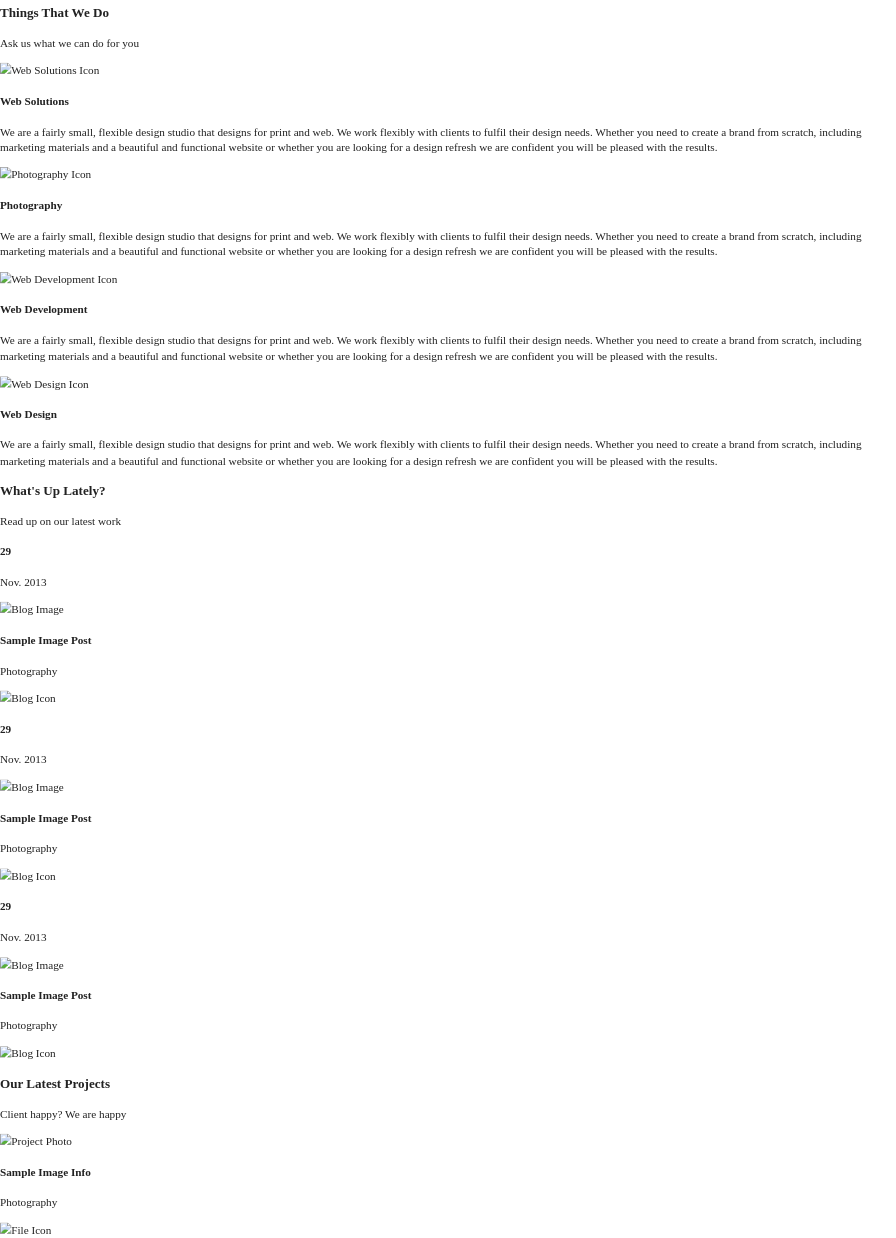
Repository: wilyyy/metrolics
Page: index.html
The author's editor kept a copy of each file at every save. The page is drawn from the files as they stood at one save, then again after the next save.
The browser window is 1280 px wide. The pictures show the part of the page from y = 891 to 2811 px (the page is 2660 px tall before and 2811 px after), at 70% of full size.

Above is the page before, as saved 2021-01-27 00:23:33.

After the next save:
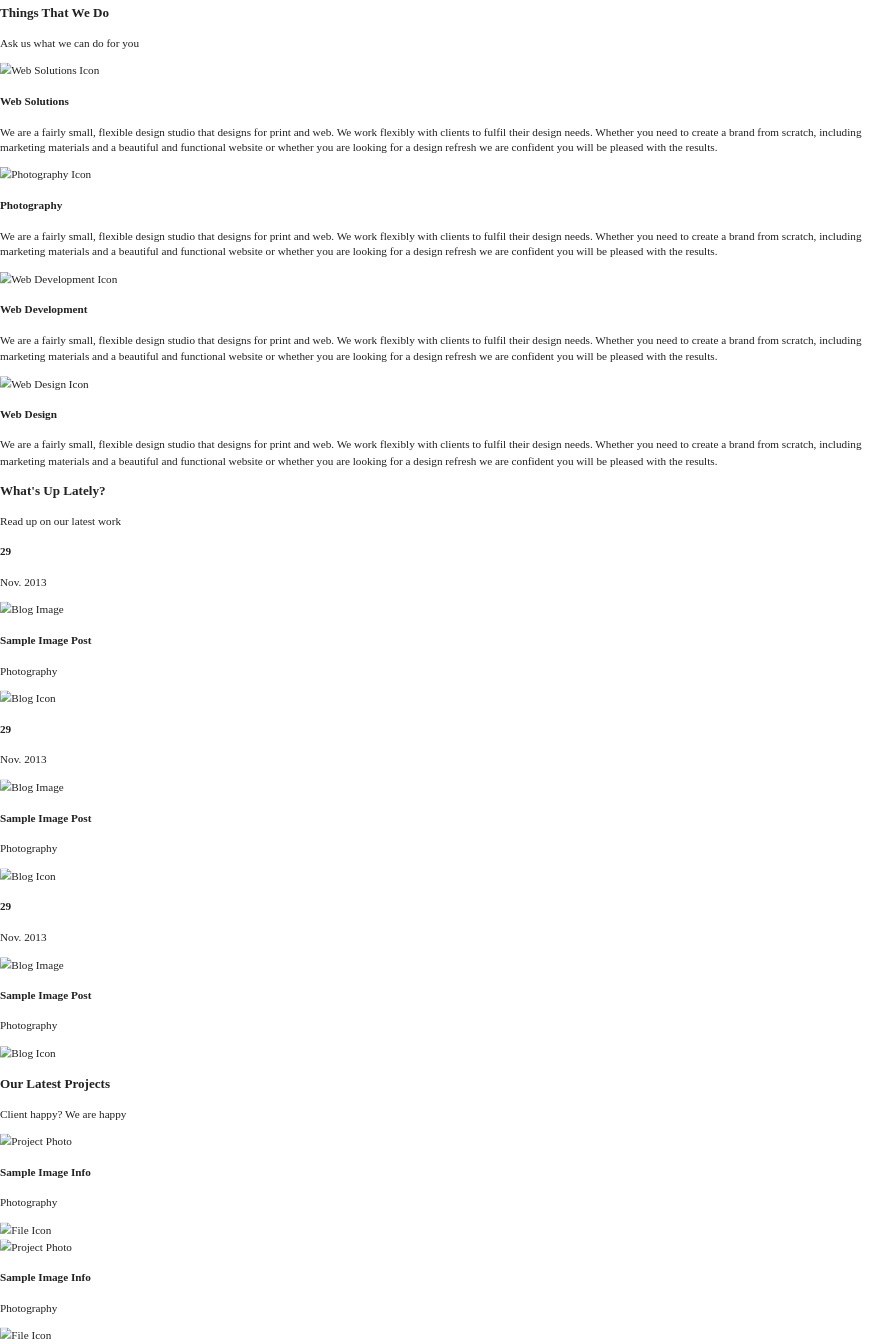
Saved 29 s later.
--- a/index.html
+++ b/index.html
@@ -226,6 +226,21 @@
       <div>
         <h3>Our Latest Projects</h3>
         <p>Client happy? We are happy</p>
+      </div>
+
+      <div class="project-photo">
+        <img src="" alt="Project Photo">
+        <div class="project-photo-hover">
+          <div class="hover-info">
+            <div>
+              <h4>Sample Image Info</h4>
+              <p>Photography</p>
+            </div>
+            <div class="info-icon">
+              <img src="" alt="File Icon">
+            </div>
+          </div>
+        </div>
       </div>
 
       <div class="project-photo">
